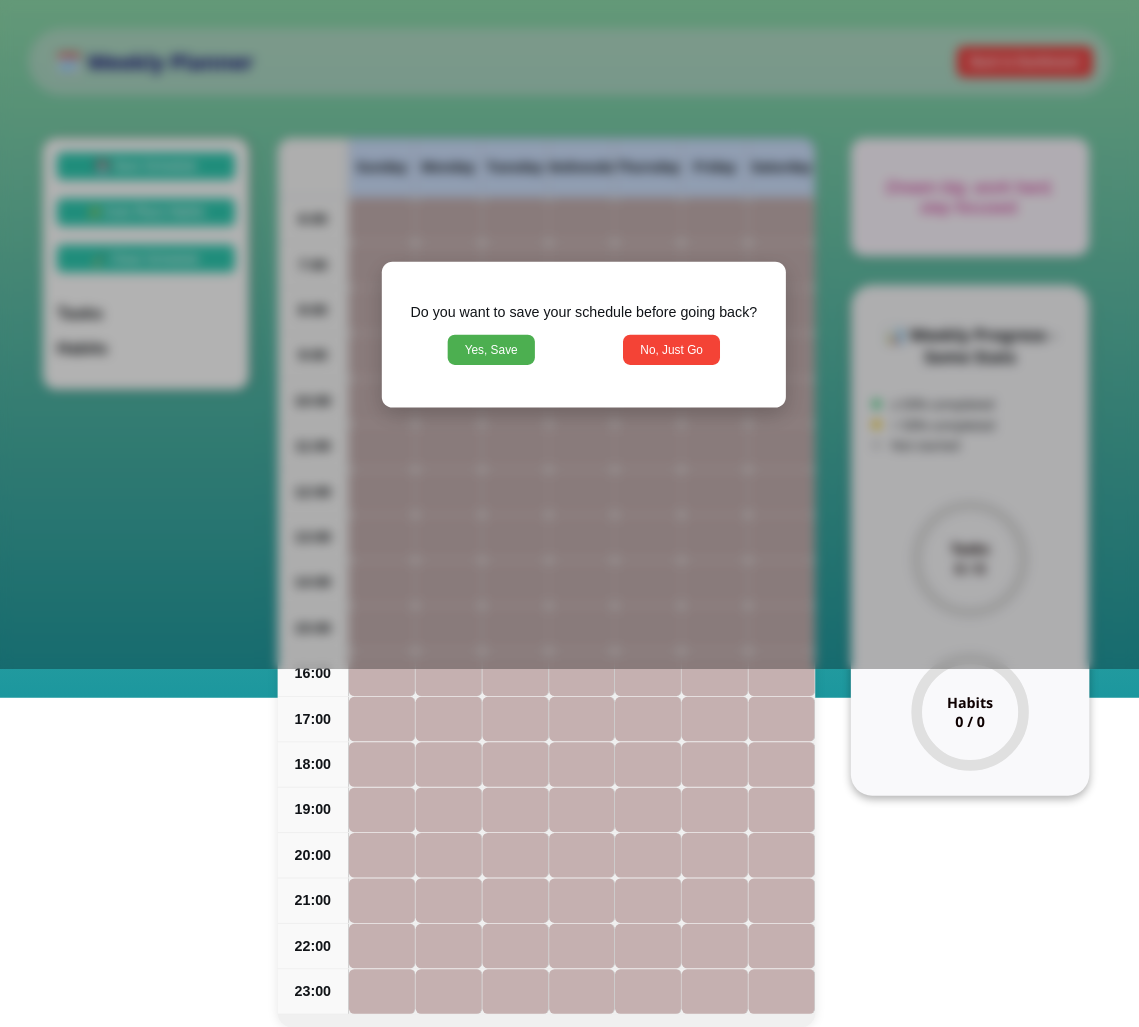
Repository: RachelB9913/smart-task-and-habit-tracker
Page: /schedule, after clicking the first element matching `button.logout-button`
These files come from the project's save history. The page is drawn as it stood at one moment and after the next save; the edit follows.
The browser window is 1280 px wide. The pictures show the whole page, at 89% of full size.
The project was rebuilt for these pictures with package versions that can differ from the ones it lists, and the page was loaded fresh each time. Also part of the build but not shown: src/components/PageWrapper.js, src/components/welcome.js, src/services/api.js, src/components/Login.js, src/components/Register.js, src/components/DashBoard.js.

Above is the page before, as saved 2025-06-29 20:59:38.

After the next save:
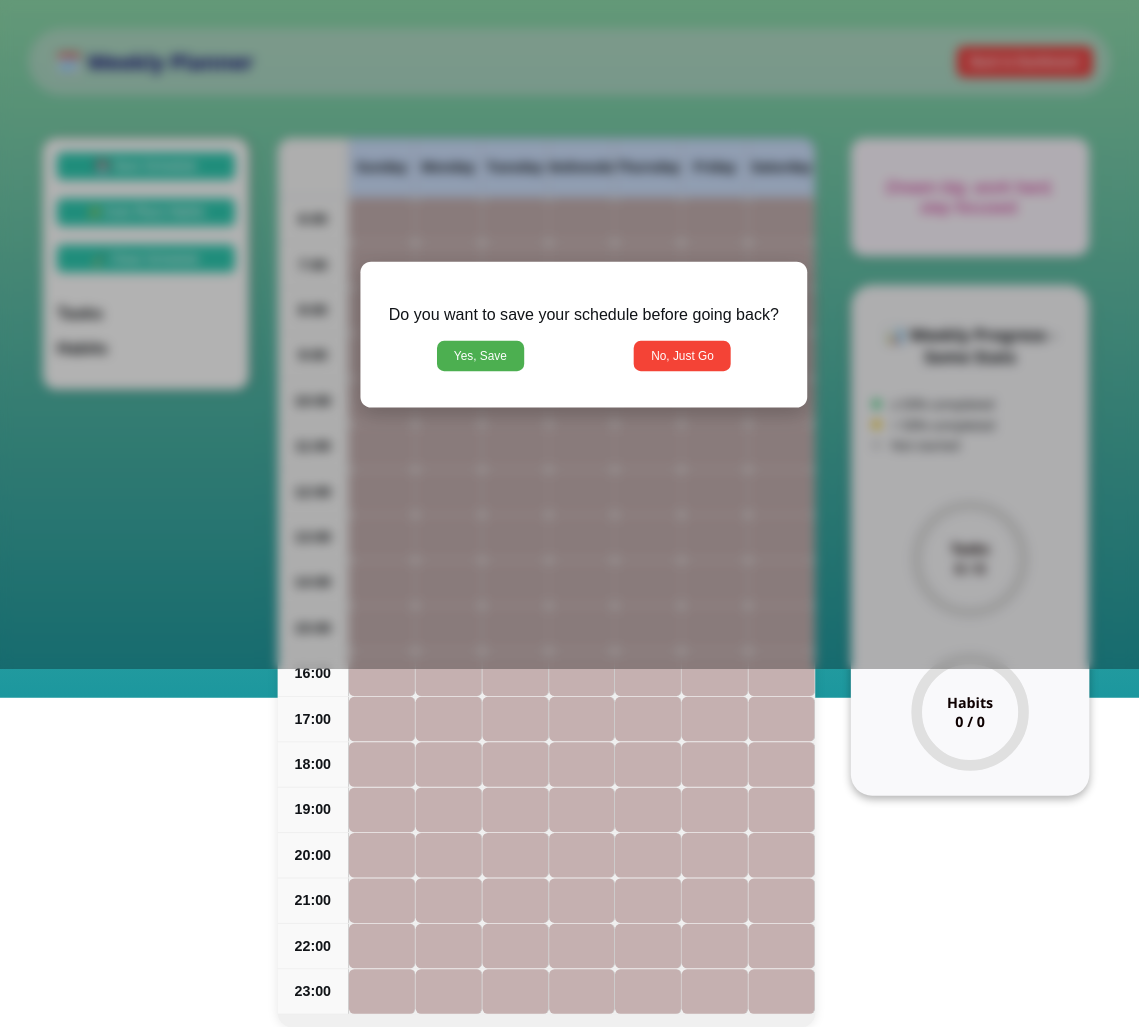
Saved 6 s later.
--- a/src/components/SchedulePlanner.css
+++ b/src/components/SchedulePlanner.css
@@ -255,7 +255,7 @@
   max-width: 70vw;
   min-height: 100px;
   padding: 2rem;
-  font-size: medium;
+  font-size: large;
 }
 
 @media (max-width: 600px) {
